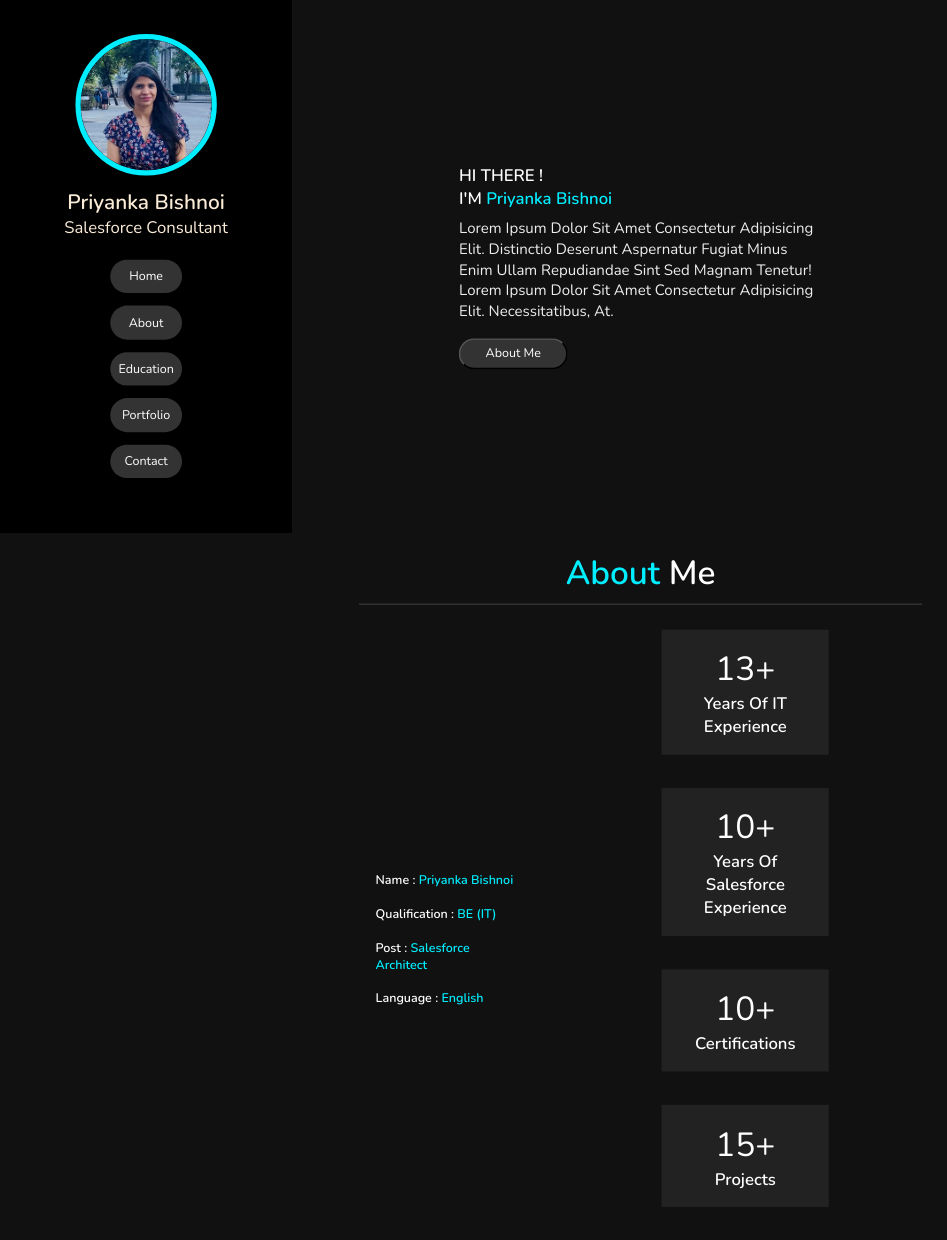
Repository: priyanka-bishnoi/PortfolioPage
Page: MyPage.html
The author's editor kept a copy of each file at every save. The page is drawn from the files as they stood at one save, then again after the next save.
The browser window is 1280 px wide. The pictures show the whole page, at 74% of full size.

Above is the page before, as saved 2022-10-08 23:08:52.

After the next save:
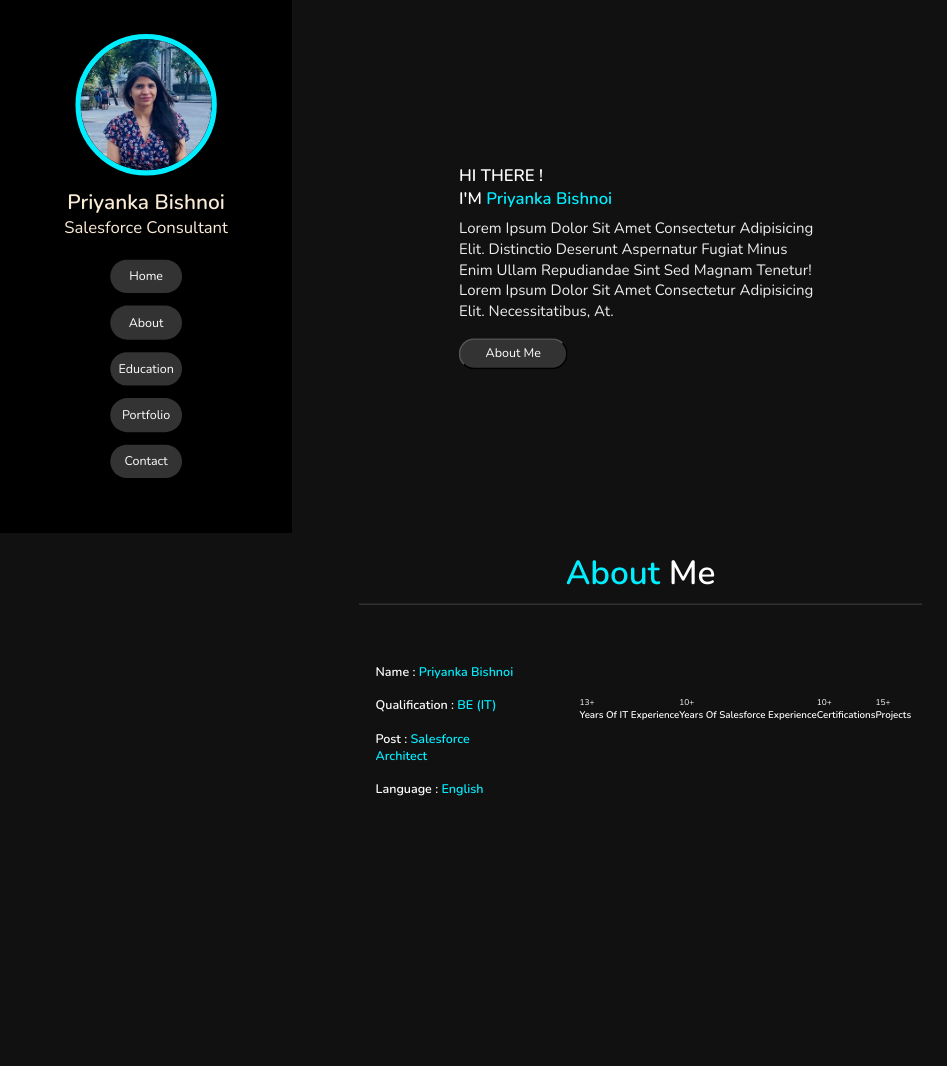
Saved 35 s later.
--- a/css/style.css
+++ b/css/style.css
@@ -174,21 +174,3 @@ header .navBar ul li a:hover{
     justify-content: center;
     flex-wrap: wrap;
 }
-
-.about .row .counter .box{
-    width:20rem;
-    background:#222;
-    text-align: center;
-    padding: 2rem;
-    margin:2rem;
-}
-
-.about .row .counter .box span{
-    font-size: 4rem;
-    color:var(--yellow);
-}
-
-.about .row .counter .box h3{
-    font-size: 2rem;
-    color:#fff;
-}

After the save that followed:
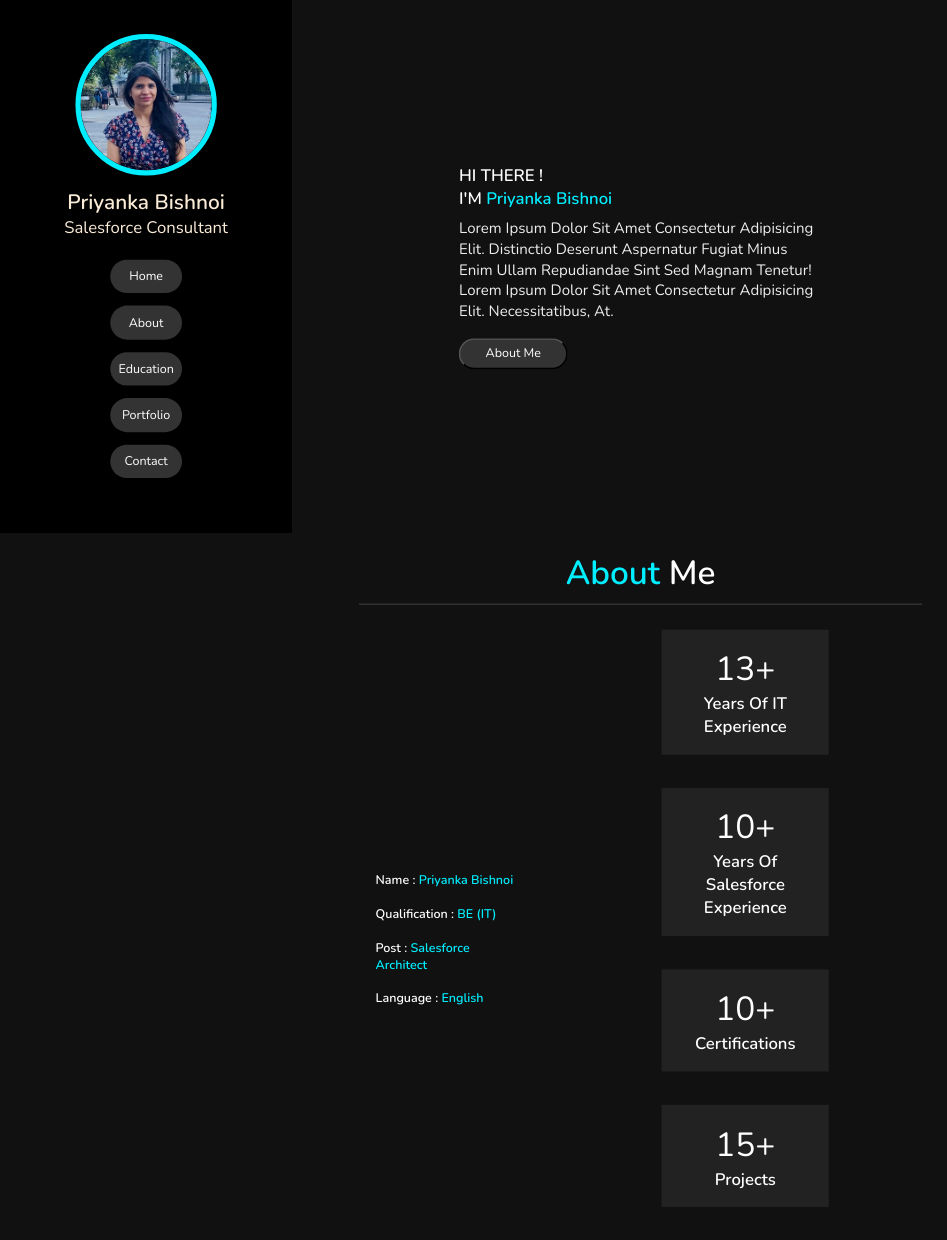
Saved 35 s later.
--- a/css/style.css
+++ b/css/style.css
@@ -174,3 +174,28 @@ header .navBar ul li a:hover{
     justify-content: center;
     flex-wrap: wrap;
 }
+
+.about .row .counter{
+    flex:1 1 48rem;
+    display: flex;
+    justify-content: center;
+    flex-wrap: wrap;
+}
+
+.about .row .counter .box{
+    width:20rem;
+    background:#222;
+    text-align: center;
+    padding: 2rem;
+    margin:2rem;
+}
+
+.about .row .counter .box span{
+    font-size: 4rem;
+    color:var(--yellow);
+}
+
+.about .row .counter .box h3{
+    font-size: 2rem;
+    color:#fff;
+}
